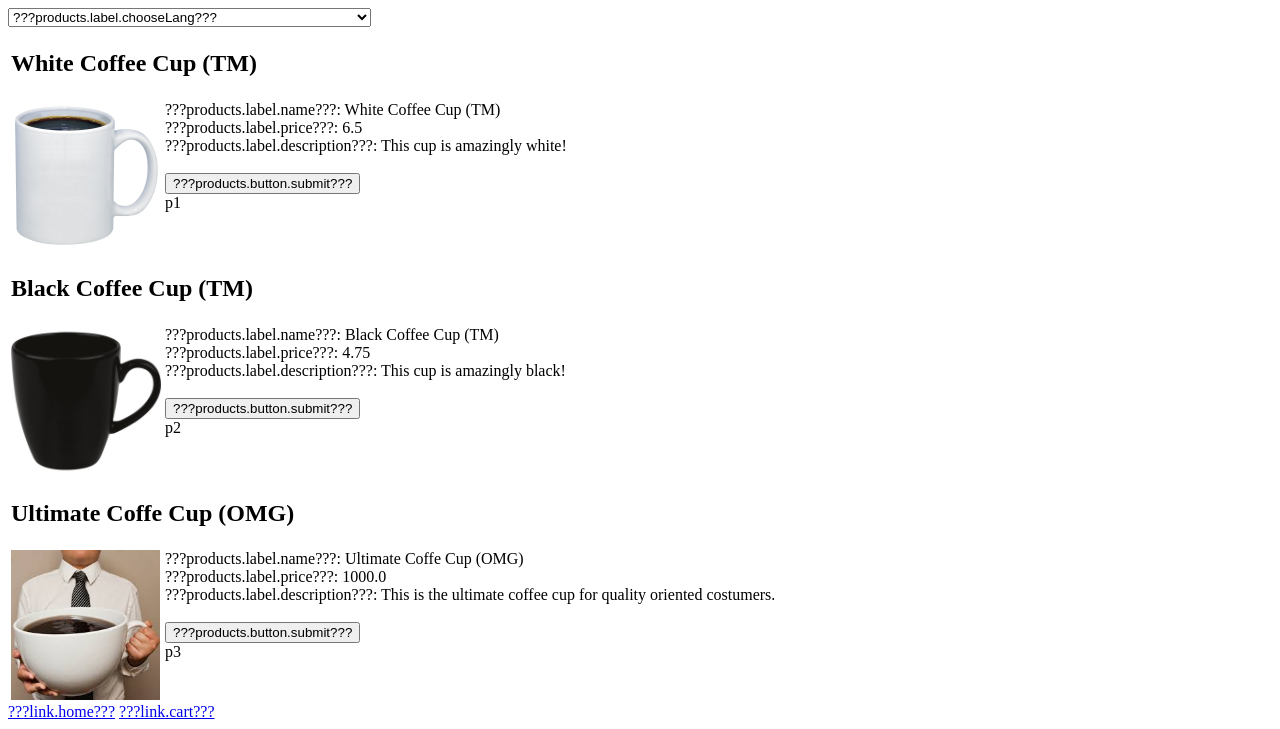
Repository: superdids/DAT152
Page: http://localhost/Oblig3/products
An editor plug-in stored every save of this project. The page is shown before and after the next save, followed by the edit.
The browser window is 1280 px wide. The pictures show the whole page.
The page is served by Tomcat 9. Other server files are loaded and not shown.

Above is the page before, as saved 2015-10-23 13:35:47.

### Oblig3/WebContent/products.jsp
<%@ page language="java" contentType="text/html; charset=UTF-8"
    pageEncoding="UTF-8"%>
<%@ taglib uri="http://java.sun.com/jsp/jstl/core" prefix="c" %>
<%@ taglib prefix="fmt" uri="http://java.sun.com/jsp/jstl/fmt" %>
<%-- <c:set var="language"  --%>
<%-- value="${not empty param.language ? param.language : not empty language ? language : pageContext.request.locale}"  --%>
<%-- scope="session" /> --%>
<%-- <c:set var="language" value="${language}" scope="session" /> --%>
<fmt:setLocale value="${language}" />
<fmt:setBundle basename="no.hib.dat152.i18n.text" />
<!DOCTYPE html PUBLIC "-//W3C//DTD HTML 4.01 Transitional//EN" "http://www.w3.org/TR/html4/loose.dtd">
<html lang="${language}">
<head>
<meta http-equiv="Content-Type" content="text/html; charset=UTF-8">
<title>Products</title>
</head>
<body>
<form action="products" method="POST">
	<select id="language" name="language" onchange="submit()">
		<option disabled="disabled" selected="selected" >
			<fmt:message key="products.label.chooseLang" />
		</option>
		<c:forEach var="langu" items="${availableLanguages}">
			<option value="${langu}">
				<fmt:setLocale value="${langu}" />
				<fmt:setBundle basename="no.hib.dat152.i18n.text" />
				<fmt:message key="products.label.lang" />
				<c:if test="${language == langu}" >
					<fmt:message key="products.label.selected" />
				</c:if>
			</option>
		</c:forEach>
		<fmt:setLocale value="${language}" />
		<fmt:setBundle basename="no.hib.dat152.i18n.text" />
	</select>
</form>

<table>
<c:forEach var="description" items="${descriptions}">
<tr><td colspan="2"><h2>${description.product.productName}</h2></td></tr>
<tr>
	<td>
		<img src="${description.product.relativePathToImg}" height="150"/>
	</td>
	<td style="vertical-align:top">
		<label for="name"><fmt:message key="products.label.name" /></label>: ${description.product.productName} <br/>
		<label for="price"><fmt:message key="products.label.price" /></label>: ${description.product.priceInEuro} <br/>
		<label for="description"><fmt:message key="products.label.description" /></label>: ${description.text} <br/><br/>
		<form action="products" method="POST">
			<fmt:message key="products.button.submit" var="buttonValue" />
			<input type="hidden" name="item" value="p${description.id.productNumber}" />
			<input type="submit" value="${buttonValue}" />
			<br/> p${description.id.productNumber}
		</form>
		</td>
</tr>
</c:forEach>
</table>

<a href="home"><fmt:message key="link.home" /></a>
<a href="cart"><fmt:message key="link.cart" /></a>

</body>
</html>

### Oblig3/src/no/hib/dat152/controllers/Products.java
package no.hib.dat152.controllers;

import java.io.IOException;
import java.util.List;

import javax.servlet.ServletException;
import javax.servlet.annotation.WebServlet;
import javax.servlet.http.HttpServlet;
import javax.servlet.http.HttpServletRequest;
import javax.servlet.http.HttpServletResponse;

import no.hib.dat102.database.Description;
import no.hib.dat102.database.DescriptionDAOContext;
import no.hib.dat102.database.Product;
import no.hib.dat102.database.ProductDAOContext;
import no.hib.dat152.util.RequestHelper;

/**
 * Servlet implementation class Products
 */
@WebServlet("/products")
public class Products extends HttpServlet {
	private static final long serialVersionUID = 1L;

	/**
	 * @see HttpServlet#HttpServlet()
	 */
	public Products() {
		super();
		// TODO Auto-generated constructor stub
	}

	/**
	 * @see HttpServlet#doGet(HttpServletRequest request, HttpServletResponse response)
	 */
	protected void doGet(HttpServletRequest request, HttpServletResponse response) throws ServletException, IOException {

		request = RequestHelper.setLanguage(request);

		String dynamic = (String) request.getSession().getAttribute("language");

		DescriptionDAOContext dao = new DescriptionDAOContext();
		List<Description> descriptions = dao.readAllDescriptionsByLanguageCode(dynamic);
		request.setAttribute("descriptions", descriptions);

		request.getRequestDispatcher("/products.jsp").forward(request, response);
	}

	/**
	 * @see HttpServlet#doPost(HttpServletRequest request, HttpServletResponse response)
	 */
	protected void doPost(HttpServletRequest request, HttpServletResponse response) throws ServletException, IOException {
		if (request.getParameter("language") != null)
			response = RequestHelper.generateCookie(request, response, "language", "locale");
		else {
			ProductDAOContext dao = new ProductDAOContext();
			List<Product> products = dao.readAll();
			Product p = null;
			String parameter = request.getParameter("item");
			System.out.println(parameter);
			if(parameter != null) {
				if(products != null) {
					for(Product product : products) {
						if(parameter.equals("p"+product.getProductNumber())) {
							p = product; break;
						}
					}
				}
				if (p != null) request = RequestHelper.updateCart(request, p);
				else System.out.println("product null");
			}
		}
		response.sendRedirect(request.getContextPath() + "/products");
	}
}

### Oblig3/src/no/hib/dat152/util/RequestHelper.java
package no.hib.dat152.util;

import javax.servlet.http.Cookie;
import javax.servlet.http.HttpServletRequest;
import javax.servlet.http.HttpServletResponse;

import no.hib.dat102.database.AvailableLanguages;
import no.hib.dat102.database.DescriptionDAOContext;
import no.hib.dat102.database.Product;
import no.hib.dat152.models.CartItem;
import no.hib.dat152.models.MyAwesomeCart;

/**
 * Hjelpeklasse som oppdaterer request/response objektet, eller
 * henter verdier fra request objektet
 * @author Didrik, Lars-Jo, Ståle
 */
public class RequestHelper {

	/**
	 * Henter språkkode
	 * @param request Request objektet
	 * @return Språkkoden om den finnes i request objektet, null ellers
	 */
	public static String getLanguageFromRequest(HttpServletRequest request) {
		String lang = request.getParameter("language");
		return lang != null ? lang : "en";
	}

	/**
	 * Henter en cookie med gitt request objekt og cookie navn
	 * @param request Request objektet
	 * @param cookieName Cookie navn
	 * @return Referanse til et cookie objekt om navnet eksisterer, null ellers
	 */
	public static Cookie getCookie(HttpServletRequest request, String cookieName) {
		Cookie cookie = null;
		Cookie [] cookies = request.getCookies();
		if (cookies != null) {
			for(Cookie c : cookies) {
				if(c.getName().equals(cookieName)) { cookie = c; break; }
			}
		}

		return cookie;
	}

	/**
	 * Oppretter nytt cookie objekt
	 * @param request Request objektet
	 * @param response Response objektet
	 * @param paramReference Parameterreferanse som skal settes inn i cookie objektet
	 * @param cookieName Navnet som skal tilordnes cookie objektet
	 * @return Referanse til et cookie objekt
	 */
	public static HttpServletResponse generateCookie(HttpServletRequest request,
			HttpServletResponse response, String paramReference,
			String cookieName) {
		String param = request.getParameter(paramReference);

		Cookie cookie = new Cookie(cookieName, param);
		response.addCookie(cookie);
		return response;
	}

	/**
	 * Setter språk avhengig av verdi i cookie
	 * @param request Request objektet
	 * @return Oppdatert request objekt
	 */
	public static HttpServletRequest setLanguage(HttpServletRequest request) {
		Cookie cookie = RequestHelper.getCookie(request, "locale");
		String dynamic = "en";
		if(cookie != null)
			dynamic = cookie.getValue();

		AvailableLanguages availableLanguages = ServletContext.getAvailableLanguagesFromContext();

		request.setAttribute("availableLanguages", availableLanguages.getLanguages());
		request.getSession().setAttribute("language", dynamic);
		return request;
	}

	/**
	 * Oppdaterer handlevognen
	 * @param request Request objektet
	 * @param product Produktet som skal legges inn i handlevognen
	 * @return Oppdatert request objekt
	 */
	public static HttpServletRequest updateCart(HttpServletRequest request, Product product) {
		MyAwesomeCart cart = (MyAwesomeCart) request.getSession().getAttribute("cart");
		Integer id = product.getProductNumber();

		if(cart == null) {
			cart = new MyAwesomeCart();
			cart.addItem(id, new CartItem(product, 1,""));
		} else
			if(cart.inCart(id))
				cart.addCount(id);
			else
				cart.addItem(id, new CartItem(product,1,""));

		request.getSession().setAttribute("cart", cart);

		return request;
	}
}

### Oblig3/src/no/hib/dat102/database/DescriptionDAO.java
package no.hib.dat102.database;

import java.util.List;

/**
 * Kontrakt som definerer oppførselen til et Data Access Object
 * som opererer på beskrivelser i en gitt samling
 * @author Didrik
 *
 */
public interface DescriptionDAO {

	/**
	 * Oppretter en ny beskrivelse
	 * @param d Beskrivelsen som skal opprettes
	 * @return Beskrivelsen, null dersom det skulle forekomme en feil
	 */
	public Description create(Description d);

	/**
	 * Henter en beskrivelse med en gitt primærnøkkel
	 * @param primaryKey Primærnøkkelen som det søkes etter
	 * @return Produktet dersom primærnøkkelen assosieres til
	 * en beskrivelse i samlingen, null ellers
	 */
	public Description read(DescriptionId primaryKey);

	/**
	 * Oppdaterer en eksisterende beskrivelse, eller oppretter
	 * om den ikke eksisterer
	 * @param d Beskrivelsen som skal oppdateres
	 * @return Beskrivelsen, null om det skulle forekomme en feil
	 */
	public Description update(Description d);

	/**
	 * Sletter en beskrivelse med en gitt primærnøkkel
	 * @param primaryKey Primærnøkkelen som det søkes etter
	 * @return True om beskrivelsen ble fjernet fra samlingen, false ellers
	 */
	public boolean delete(DescriptionId primaryKey);

	/**
	 * Henter alle beskrivelser i samlingen
	 * @return Samling av beskrivelser
	 */
	public List<Description> readAll();

	/**
	 * Henter alle beskrivelser i samlingen som har ønsket språkkode
	 * @param langCode Språkkoden aktuell for produkter
	 * @return Samling av beskrivelser
	 */
	public List<Description> readAllDescriptionsByLanguageCode(String langCode);

}

### Oblig3/src/no/hib/dat102/database/DescriptionDAOContext.java
package no.hib.dat102.database;

import java.util.ArrayList;
import java.util.List;

import no.hib.dat152.util.ServletContext;

public class DescriptionDAOContext implements DescriptionDAO {


	public DescriptionDAOContext() {

	}

	@Override
	public Description create(Description d) {
		// TODO Auto-generated method stub
		return null;
	}

	@Override
	public Description read(DescriptionId primaryKey) {
		List<Description> descriptions = ServletContext.fetchDescriptionsFromContext();
		for(Description d : descriptions) {
			if(d.getId() == primaryKey) return d;
		}
		return null;
	}

	@Override
	public Description update(Description d) {
		// TODO Auto-generated method stub
		return null;
	}

	@Override
	public boolean delete(DescriptionId primaryKey) {
		// TODO Auto-generated method stub
		return false;
	}

	@Override
	public List<Description> readAll() {
		List<Description> descriptions = ServletContext.fetchDescriptionsFromContext();
		return descriptions.size() > 0 ? descriptions : null;
	}

	@Override
	public List<Description> readAllDescriptionsByLanguageCode(String langCode) {
		List<Description> descriptions = ServletContext.fetchDescriptionsFromContext();
		List<Description> toRet = new ArrayList<Description>();
		for(Description d : descriptions)
			if(d.getId().getLanguageCode().equals(langCode)) toRet.add(d);
		return toRet.size() > 0 ? toRet : null;
	}
}

After the next save:
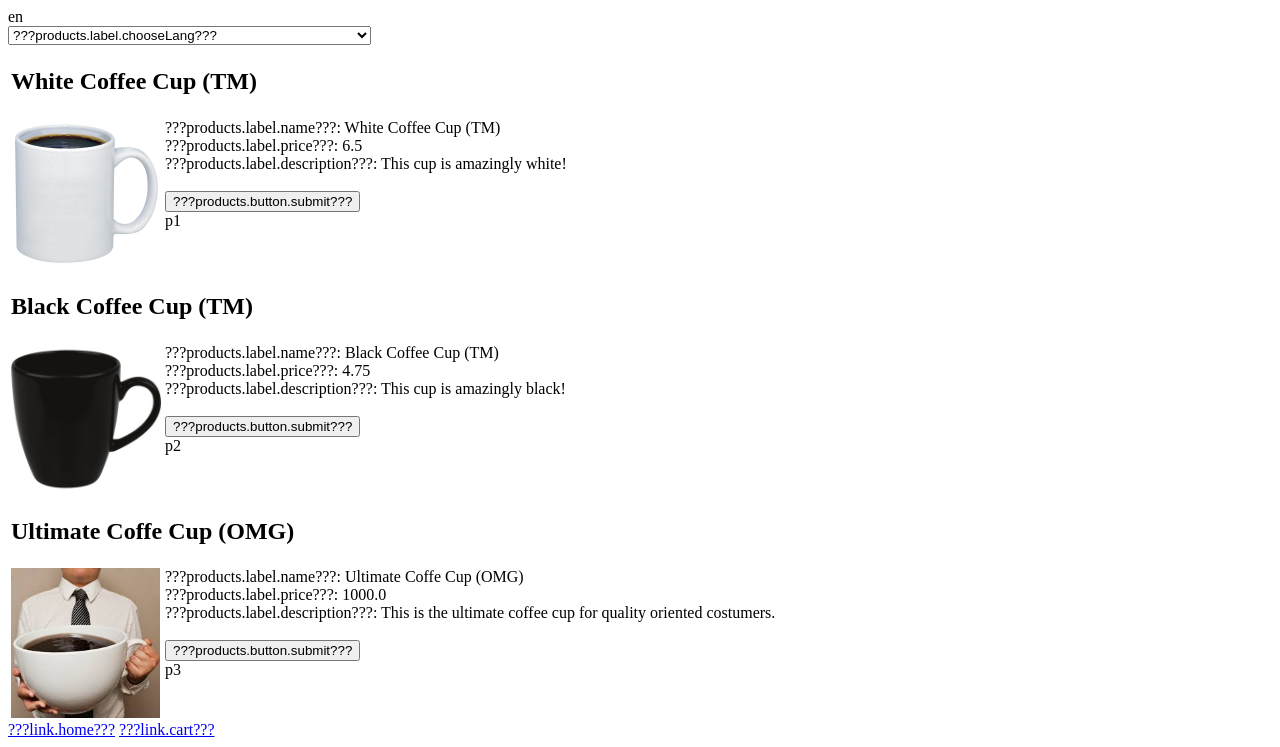
Saved 21 min 11 s later.
--- a/Oblig3/WebContent/products.jsp
+++ b/Oblig3/WebContent/products.jsp
@@ -15,6 +15,7 @@
 <title>Products</title>
 </head>
 <body>
+${language}
 <form action="products" method="POST">
 	<select id="language" name="language" onchange="submit()">
 		<option disabled="disabled" selected="selected" >
